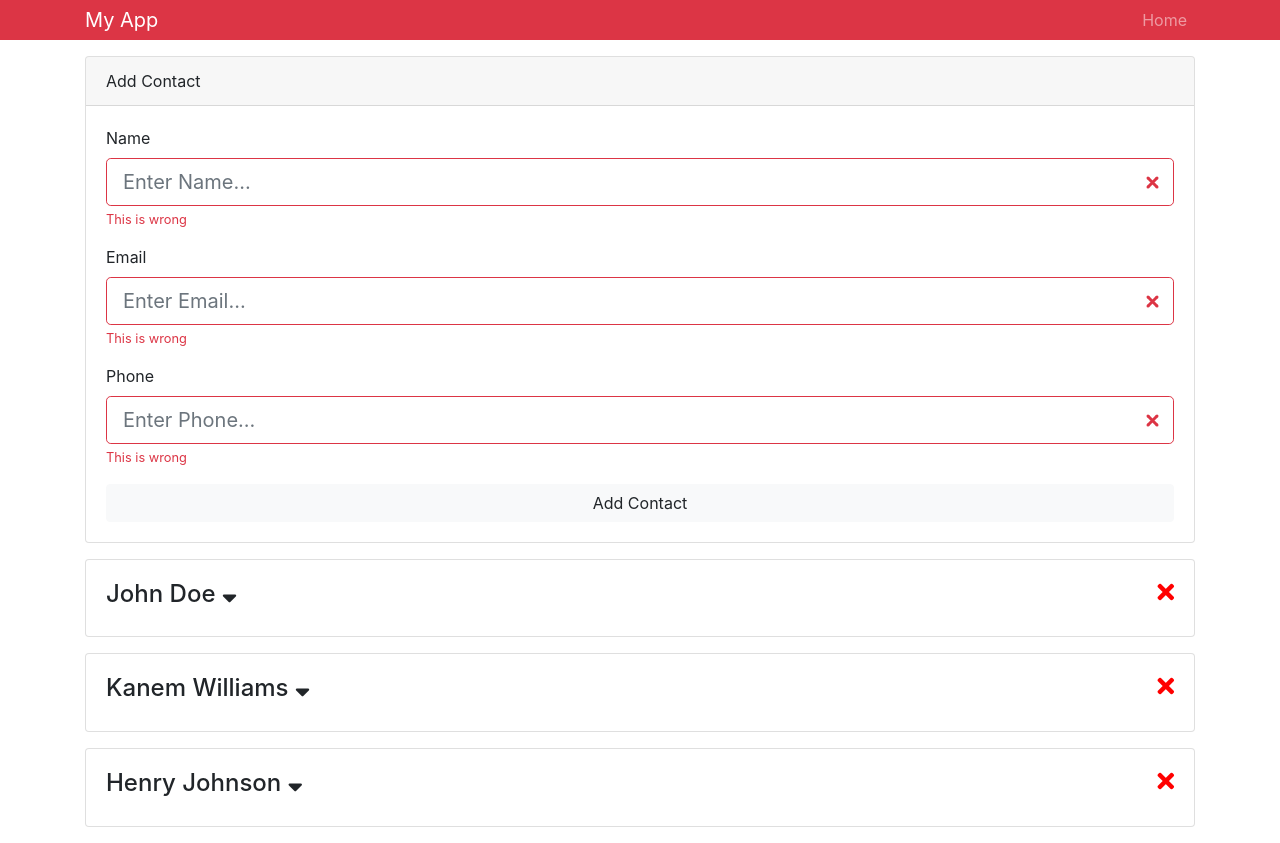
Repository: Mtbwka/contactmanager
Page: /
An editor plug-in stored every save of this project. The page is shown before and after a run of saves, followed by the edit.
The browser window is 1280 px wide. The pictures show the whole page.
Some web libraries are served in a nearby version. The project was rebuilt for these pictures with package versions that can differ from the ones it lists, and the page was loaded fresh each time.

Above is the page before, as saved 2019-05-08 21:29:41.

### public/index.html
<!DOCTYPE html>
<html lang="en">
  <head>
    <meta charset="utf-8" />
    <link rel="shortcut icon" href="%PUBLIC_URL%/favicon.ico" />
    <meta
      name="viewport"
      content="width=device-width, initial-scale=1, shrink-to-fit=no"
    />
    <meta name="theme-color" content="#000000" />
    <link rel="stylesheet" href="https://use.fontawesome.com/releases/v5.1.1/css/all.css" integrity="sha384-O8whS3fhG2OnA5Kas0Y9l3cfpmYjapjI0E4theH4iuMD+pLhbf6JI0jIMfYcK3yZ" crossorigin="anonymous">
    <!--
      manifest.json provides metadata used when your web app is installed on a
      user's mobile device or desktop. See https://developers.google.com/web/fundamentals/web-app-manifest/
    -->
    <link rel="manifest" href="%PUBLIC_URL%/manifest.json" />
    <!--
      Notice the use of %PUBLIC_URL% in the tags above.
      It will be replaced with the URL of the `public` folder during the build.
      Only files inside the `public` folder can be referenced from the HTML.

      Unlike "/favicon.ico" or "favicon.ico", "%PUBLIC_URL%/favicon.ico" will
      work correctly both with client-side routing and a non-root public URL.
      Learn how to configure a non-root public URL by running `npm run build`.
    -->
    <title>React App</title>
  </head>
  <body>
    <noscript>You need to enable JavaScript to run this app.</noscript>
    <div id="root"></div>
    <!--
      This HTML file is a template.
      If you open it directly in the browser, you will see an empty page.

      You can add webfonts, meta tags, or analytics to this file.
      The build step will place the bundled scripts into the <body> tag.

      To begin the development, run `npm start` or `yarn start`.
      To create a production bundle, use `npm run build` or `yarn build`.
    -->
  </body>
</html>

### src/App.js
import React, { Component } from 'react';
import Contacts from './components/contacts/Contacts';
import Header from './components/layout/Header';
import AddContact from './components/contacts/AddContact';
import { Provider } from './context';

import 'bootstrap/dist/css/bootstrap.min.css';

class App extends Component {
  render() {
    return (
      <Provider>
        <div className='App'>
          <Header />
          <div className='container'>
            <AddContact />
            <Contacts />
          </div>
        </div>
      </Provider>
    );
  }
}

export default App;

### src/components/contacts/Contacts.js
import React, { Component } from 'react';
import Contact from './Contact.js';
import { Consumer } from '../../context';

class Contacts extends Component {
  render() {
    return (
      <Consumer>
        {value => {
          return (
            <React.Fragment>
              {value.contacts.map(contact => (
                <Contact key={contact.id} contact={contact} />
              ))}
            </React.Fragment>
          );
        }}
      </Consumer>
    );
  }
}

export default Contacts;

### src/components/layout/Header.js
import React from 'react';
import PropTypes from 'prop-types';

// export default function Header() {
//   return <div />;
// }

const Header = props => {
  const { branding } = props;
  return (
    <nav className="navbar navbar-expand-sm navbar-dark bg-danger mb-3 py-0">
      <div className="container">
        <a href="/" className="navbar-brand">{branding}</a>
        <div>
          <ul className="navbar-nav mr-auto">
            <li className="nav-item">
              <a href="/" className="nav-link">Home</a>
            </li>
          </ul>
        </div>
      </div>
    </nav>
  );
};

Header.defaultProps = {
  branding: 'My App'
};

Header.propTypes = {
  branding: PropTypes.string.isRequired
};

export default Header;

### src/components/contacts/AddContact.js
import React, { Component } from 'react';
import { Consumer } from '../../context';
import TextInputGroup from '../layout/TextInputGroup';
import uuid from 'uuid';

class AddContact extends Component {
  state = {
    name: '',
    email: '',
    phone: '',
    errors: {}
  };

  onSubmit = (dispatch, e) => {
    e.preventDefault();

    const { name, email, phone } = this.state;

    // Check for errors
    if (name === '') {
      this.setState({ errors: { name: 'Name is required' } });
    }
    if (email === '') {
      this.setState({ errors: { name: 'Email is required' } });
    }
    if (phone === '') {
      this.setState({ errors: { name: 'Phone is required' } });
    }

    const newContact = {
      id: uuid(),
      name,
      email,
      phone
    };

    dispatch({ type: 'ADD_CONTACT', payload: newContact });

    this.setState({
      name: '',
      email: '',
      phone: '',
      errors: {}
    });
  };

  onChange = e => this.setState({ [e.target.name]: e.target.value });

  render() {
    const { name, email, phone, errors } = this.state;

    return (
      <Consumer>
        {value => {
          const { dispatch } = value;
          return (
            <div className='card mb-3'>
              <div className='card-header'>Add Contact</div>
              <div className='card-body'>
                <form onSubmit={this.onSubmit.bind(this, dispatch)}>
                  <TextInputGroup
                    label='Name'
                    name='name'
                    placeholder='Enter Name...'
                    value={name}
                    onChange={this.onChange}
                    error={errors.name}
                  />
                  <TextInputGroup
                    label='Email'
                    name='email'
                    type='email'
                    placeholder='Enter Email...'
                    value={email}
                    onChange={this.onChange}
                    error={errors.email}
                  />
                  <TextInputGroup
                    label='Phone'
                    name='phone'
                    placeholder='Enter Phone...'
                    value={phone}
                    onChange={this.onChange}
                    error={errors.phone}
                  />
                  <input
                    type='submit'
                    value='Add Contact'
                    className='btn btn-light btn-block'
                  />
                </form>
              </div>
            </div>
          );
        }}
      </Consumer>
    );
  }
}

export default AddContact;

### src/context.js
import React, { Component } from 'react';

const Context = React.createContext();

const reducer = (state, action) => {
  switch (action.type) {
    case 'DELETE_CONTACT':
      return {
        ...state,
        contacts: state.contacts.filter(
          contact => contact.id !== action.payload
        )
      };
    case 'ADD_CONTACT':
      return {
        ...state,
        contacts: [action.payload, ...state.contacts]
      };
    default:
      return state;
  }
};

export class Provider extends Component {
  state = {
    contacts: [
      {
        id: 1,
        name: 'John Doe',
        email: 'jdoe@gmail.com',
        phone: '555-555-5555'
      },
      {
        id: 2,
        name: 'Kanem Williams',
        email: 'karen@gmail.com',
        phone: '222-222-2222'
      },
      {
        id: 3,
        name: 'Henry Johnson',
        email: 'henry@gmail.com',
        phone: '111-111-1111'
      }
    ],
    dispatch: action => this.setState(state => reducer(state, action))
  };

  render() {
    return (
      <Context.Provider value={this.state}>
        {this.props.children}
      </Context.Provider>
    );
  }
}

export const Consumer = Context.Consumer;

### src/components/contacts/Contact.js
import React, { Component } from 'react';
import PropTypes from 'prop-types';
import { Consumer } from '../../context';

class Contact extends Component {
  state = {
    showContactInfo: false
  };

  onDeleteClick = (id, dispatch) => {
    dispatch({ type: 'DELETE_CONTACT', payload: id });
  };

  render() {
    const { id, name, email, phone } = this.props.contact;
    const { showContactInfo } = this.state;

    return (
      <Consumer>
        {value => {
          const { dispatch } = value;
          return (
            <div className='card card-body mb-3'>
              <h4>
                {name}{' '}
                <i
                  onClick={() =>
                    this.setState({
                      showContactInfo: !this.state.showContactInfo
                    })
                  }
                  className='fas fa-sort-down'
                  style={{ cursor: 'pointer' }}
                />
                <i
                  className='fas fa-times'
                  style={{ float: 'right', cursor: 'pointer', color: 'red' }}
                  onClick={this.onDeleteClick.bind(this, id, dispatch)}
                />
              </h4>
              {showContactInfo ? (
                <ul className='list-group'>
                  <li className='list-group-item'>Email:{email}</li>
                  <li className='list-group-item'>Phone:{phone}</li>
                </ul>
              ) : null}
            </div>
          );
        }}
      </Consumer>
    );
  }
}

Contact.propTypes = {
  contact: PropTypes.object.isRequired
};
export default Contact;

### src/components/layout/TextInputGroup.js
import React from 'react';
import PropTypes from 'prop-types';

const TextInputGroup = ({
  label,
  name,
  value,
  placeholder,
  type,
  onChange,
  error
}) => {
  return (
    <div className='form-group'>
      <label htmlFor={name}>{label}</label>
      <input
        type={type}
        name={name}
        className='is-invalid form-control form-control-lg'
        placeholder={placeholder}
        value={value}
        onChange={onChange}
      />
      <div className='invalid-feedback'>This is wrong</div>
    </div>
  );
};

TextInputGroup.propTypes = {
  label: PropTypes.string.isRequired,
  name: PropTypes.string.isRequired,
  placeholder: PropTypes.string.isRequired,
  value: PropTypes.string.isRequired,
  type: PropTypes.string.isRequired,
  onChange: PropTypes.func.isRequired
};

TextInputGroup.defaultProps = {
  type: 'text'
};

export default TextInputGroup;

Loaded but not shown: src/index.js (common file); src/serviceWorker.js (common file)

After the next 2 saves:
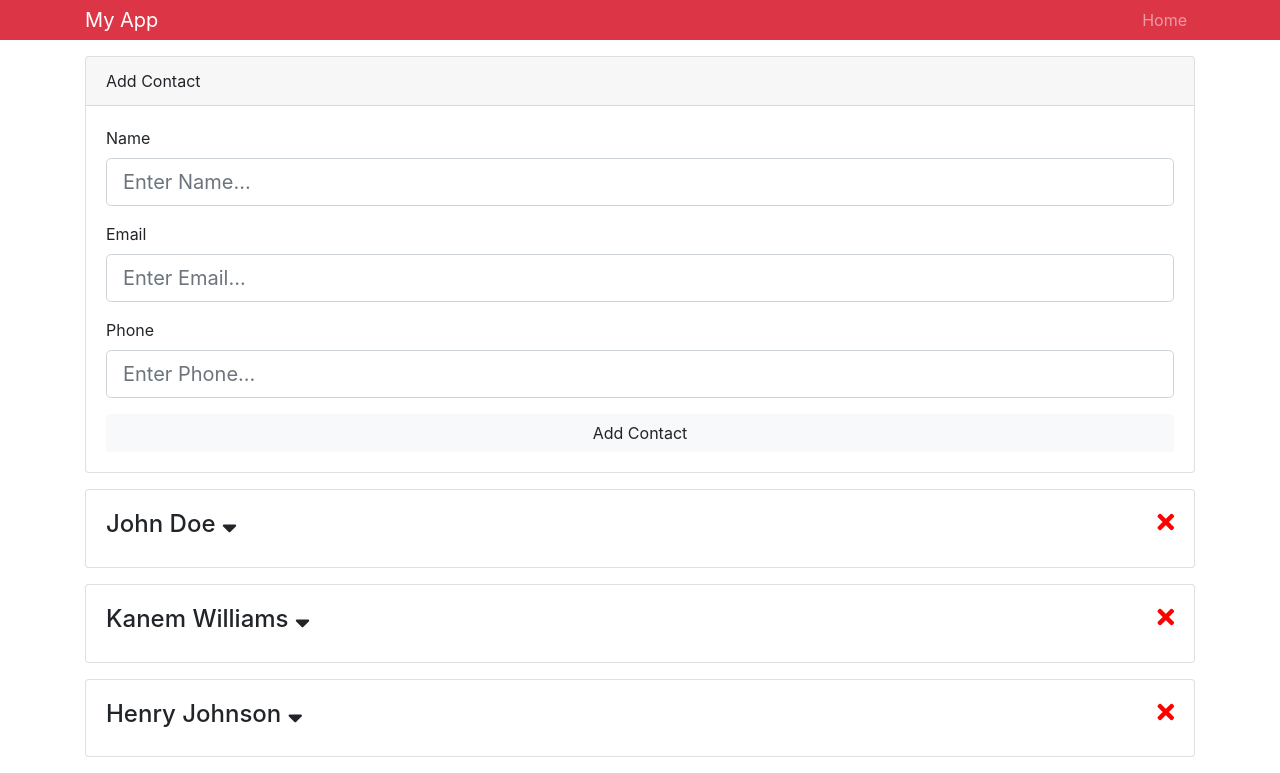
The 2 saves are shown as one change because they came seconds apart.
The last was saved 22 s later.
--- a/src/components/layout/TextInputGroup.js
+++ b/src/components/layout/TextInputGroup.js
@@ -16,7 +16,7 @@ const TextInputGroup = ({
       <input
         type={type}
         name={name}
-        className='is-invalid form-control form-control-lg'
+        className='form-control form-control-lg'
         placeholder={placeholder}
         value={value}
         onChange={onChange}
